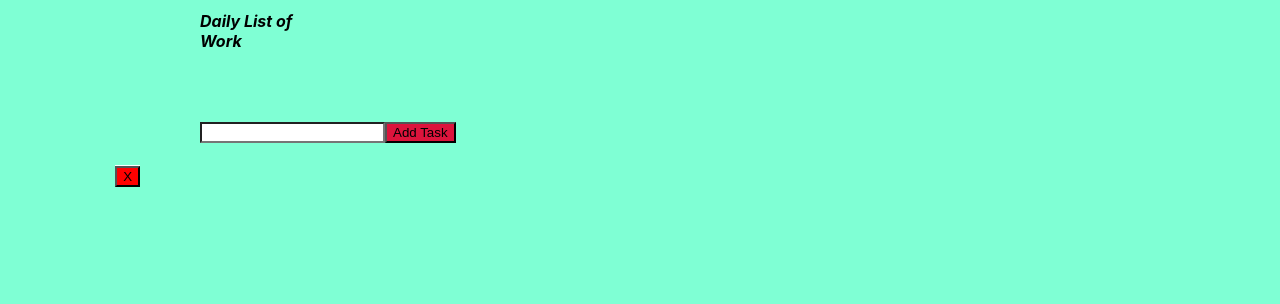
Repository: iamjayenmthakuri/todolist
Page: /, after clicking the first element matching `button.button`
The author's editor kept a copy of each file at every save. The page is drawn from the files as they stood at one save, then again after the next save.
The browser window is 1280 px wide. The pictures show the whole page.
The project was rebuilt for these pictures with package versions that can differ from the ones it lists, and the page was loaded fresh each time.

Above is the page before, as saved 2022-09-19 10:29:07.

After the next save:
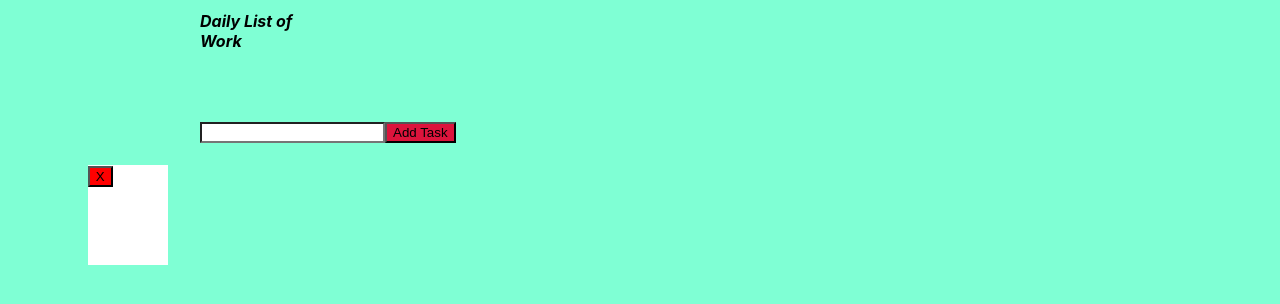
Saved 27 s later.
--- a/src/App.css
+++ b/src/App.css
@@ -15,8 +15,8 @@ body{
 }
 .container{
   background-color: white;
-  height: min-content;
-  width: min-content;
+  height: 100px;
+  width: 80px;
   margin: auto;
 }
 .bt{
